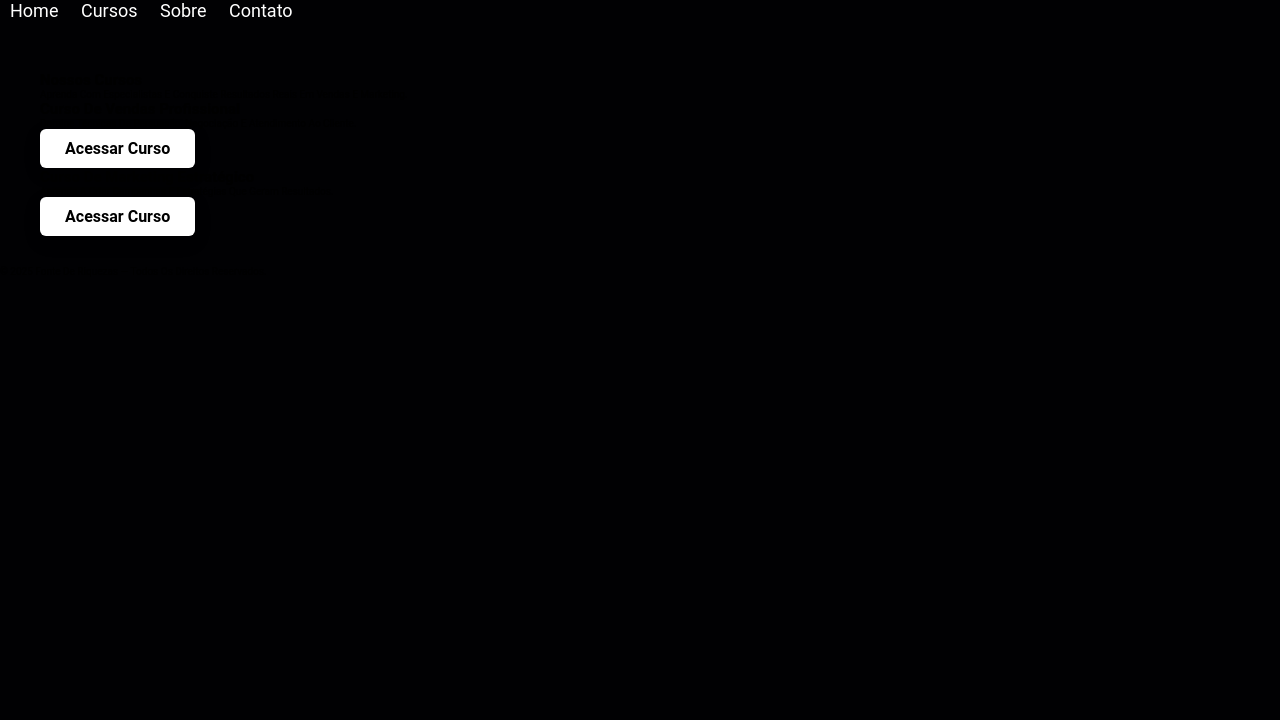
Repository: Vitoria1705/salao-casa-da-beleza
Page: cursos.html
These files come from the project's save history. The page is drawn as it stood at one moment and after the next save; the edit follows.
The browser window is 1280 px wide. The pictures show the whole page.

Above is the page before, as saved 2025-12-13 14:24:50.

### cursos.html
<!DOCTYPE html>
<html lang="pt-br">
<head>
    <meta charset="UTF-8">
    <meta name="viewport" content="width=device-width, initial-scale=1.0">
    <title>Nossos Cursos - Fonte de Riquezas</title>
    <link rel="stylesheet" href="style.css"> <!-- usa o mesmo CSS -->
</head>
<body>

    <header class="navbar">
        <a href="index.html">Home</a>
        <a href="cursos.html" class="active">Cursos</a>
        <a href="index.html#about">Sobre</a>
        <a href="index.html#contact">Contato</a>
    </header>

    <section id="cursos" class="courses">
        <h1>Nossos Cursos</h1>
        <p>Aprenda com especialistas e conquiste resultados reais em vendas e marketing.</p>

        <div class="course-list">
            <div class="course-card">
                <h2>Curso de Vendas Profissional</h2>
                <p>Domine técnicas de persuasão, negociação e atendimento ao cliente.</p>
                <a href="login.html" class="btn">Acessar Curso</a>
            </div>

            <div class="course-card">
                <h2>Curso de Marketing Estratégico</h2>
                <p>Aprenda a criar campanhas e estratégias que geram resultados.</p>
                <a href="login.html" class="btn">Acessar Curso</a>
            </div>
        </div>
    </section>

    <footer>
        <p>© 2025 Fonte de Riquezas — Todos os direitos reservados.</p>
    </footer>

</body>
</html>

### style.css
:root {
    --main-color: #d4af37;
    --black: #131313;
    --bg: #010103;
    --border: 0.1rem solid rgba(255, 255, 255, 0.3);
    font-size: 10px;
}

* {
    margin: 0;
    padding: 0;
    outline: none;
    border: none;
    text-decoration: none;
    text-transform: capitalize;
    transition: 0.2s linear;
    font-family: "Roboto", sans-serif;
}

body {
    background-color: var(--bg);
}

section {
    padding: 3rem 2rem;
    margin: 0 auto;
    max-width: 1200px;
}


.header {
    position: fixed;
    top: 0;
    left: 0;
    right: 0;
    z-index: 99;
    border-bottom: var(--border);
    height: 80px; /* defina a altura exata */
}

.header section {
    display: flex;
    align-items: center;
    justify-content: space-between;
    padding-top: 1.5rem;
    padding-bottom: 1.5rem;
}

.navbar a {
    margin: 0 1rem;
    font-size: 1.8rem;
    color: #fff;
}

.navbar a:hover {
    color: var(--main-color);
    border-bottom: 0.1rem solid var(--main-color);
    padding-bottom: 0.5rem;
    font-size: 2rem;
}

.icons {
    display: flex;
    gap: 1.5rem;
    align-items: center;
}

.icon-card {
    display: flex;
    align-items: center;
    justify-content: center;
    transition: 0.3s;
}

.icon-card:hover {
    transform: scale(1.05);
}

.icon-card img {
    margin: 1rem;
    cursor: pointer;
    width: 30px;
    height: 30px;
    filter: brightness(0) invert(1);
}
.icon-card img:hover {
  width: 40px;
  height: 40px;
}
.menu .box-container {
    display: grid;
    grid-template-columns: repeat(auto-fit, minmax(250px, 1fr));
    gap: 2rem;
}

.menu .box {
    border: var(--border);
    padding: 2.5rem;
    text-align: center;
    background: #000;
}

.menu .box img {
    height: 200px;
    width: 100%;
    object-fit: cover;
    margin-bottom: 1.5rem;
}

.menu .box h3 {
    color: #fff;
    font-size: 2rem;
    margin-bottom: 1rem;
}

.menu .box p {
    color: #ccc;
    font-size: 1.4rem;
    margin-bottom: 2rem;
}

.btn {
    display: inline-block;
    padding: 1rem 2.5rem;
    background: #ffffff;
    color: #000000;
    font-size: 1.6rem;
    cursor: pointer;
    border-radius: 0.6rem;
    font-weight: 600;
    box-shadow: 0 6px 18px rgba(0,0,0,0.12);
    transition: transform 0.18s ease, filter 0.18s ease, box-shadow 0.18s ease;
}

.btn:hover {
    letter-spacing: 0.1rem;
    transform: translateY(-3px);
    filter: brightness(0.98);
    box-shadow: 0 10px 24px rgba(0,0,0,0.18);
}

.menu .box-container {
    display: grid;
    grid-template-columns: repeat(4, 1fr);
    gap: 2rem;
}

.menu .box-container {
    display: grid;
    grid-template-columns: repeat(4, 1fr);
    gap: 2rem;
}

body {
    min-height: 100vh;
    overflow-y: auto;
}

section {
    padding-top: 5rem; /* ou o valor da altura do header */
}

After the next save:
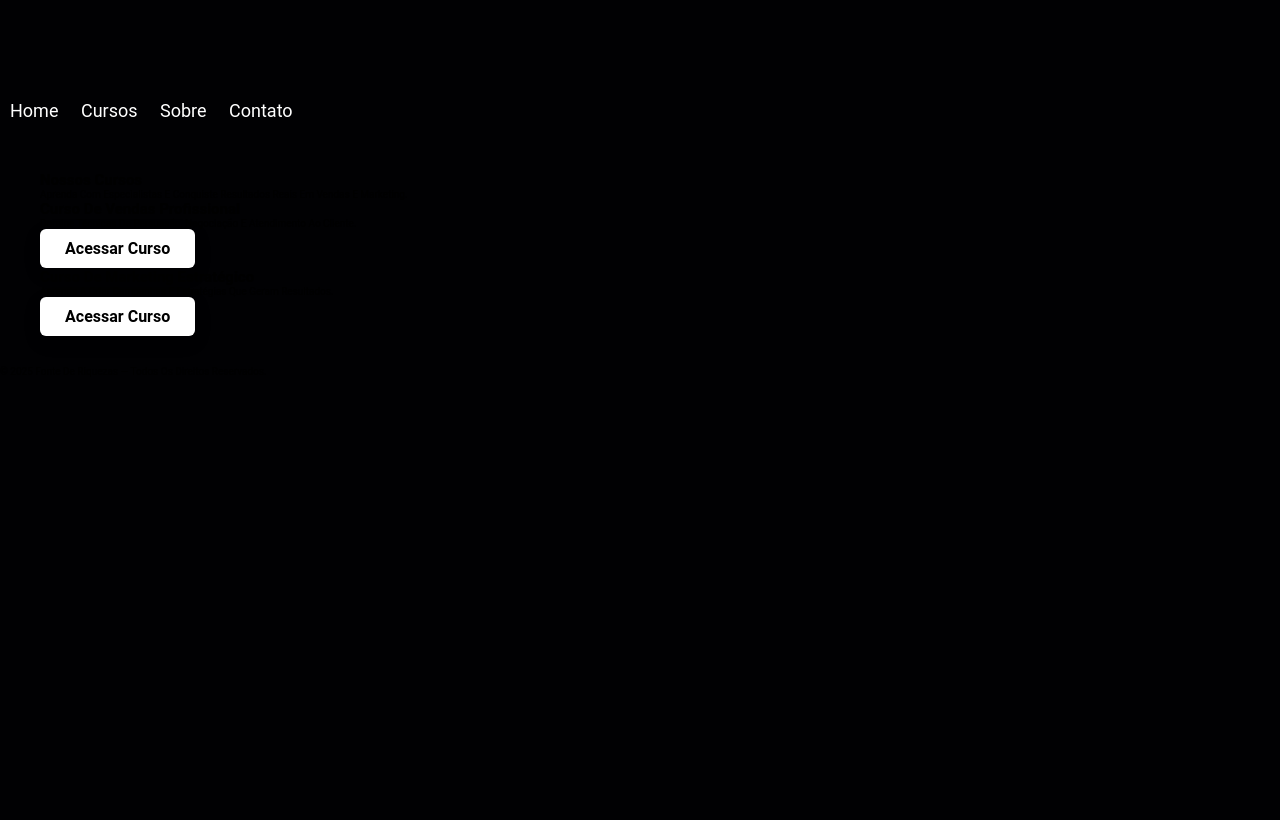
Saved 50 s later.
--- a/style.css
+++ b/style.css
@@ -19,6 +19,7 @@
 
 body {
     background-color: var(--bg);
+    padding-top: 10rem;
 }
 
 section {
